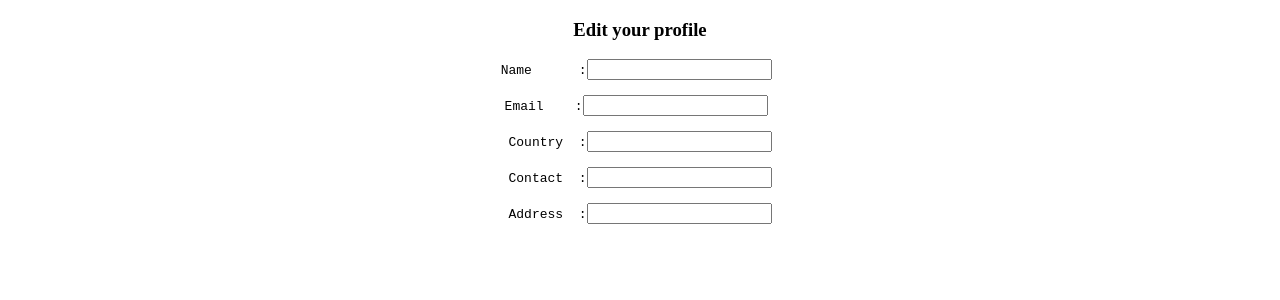
Repository: touhid-jisan/jsp-jdbc-servlet
Page: http://localhost/crud-full-practice/home
The author's editor kept a copy of each file at every save. The page is drawn from the files as they stood at one save, then again after the next save.
The browser window is 1280 px wide. The pictures show the whole page.
The page is served by Tomcat 9. Other server files are loaded and not shown.

Above is the page before, as saved 2019-12-26 10:22:14.

### crud-full-practice/WebContent/edit-view.jsp
<%@ page language="java" contentType="text/html; charset=ISO-8859-1"
    pageEncoding="ISO-8859-1"%>

    <%@ page import="com.iclique.crudfull.userDAO.* , com.iclique.crudfull.model.*, java.util.*"%>
    <%@ taglib uri="http://java.sun.com/jsp/jstl/core" prefix="c" %>
<!DOCTYPE html>
<html>
<head>
<meta charset="ISO-8859-1">
<title>Insert title here</title>

</head>

<body>
<center>
<h3>Edit your profile</h3>
<pre>
Name      :<input type="text" placeholder='${user.getName()}'> <br>
Email    :<input type="text" placeholder='${user.getEmail()}'> <br>
Country  :<input type="text" placeholder="${user.getCountry()}"><br>
Contact  :<input type="text" placeholder="${user.getContact()}"><br>
Address  :<input type="text" placeholder="${user.getAddress()}"><br>
</pre>
</center>
</body>
</html>

After the next save:
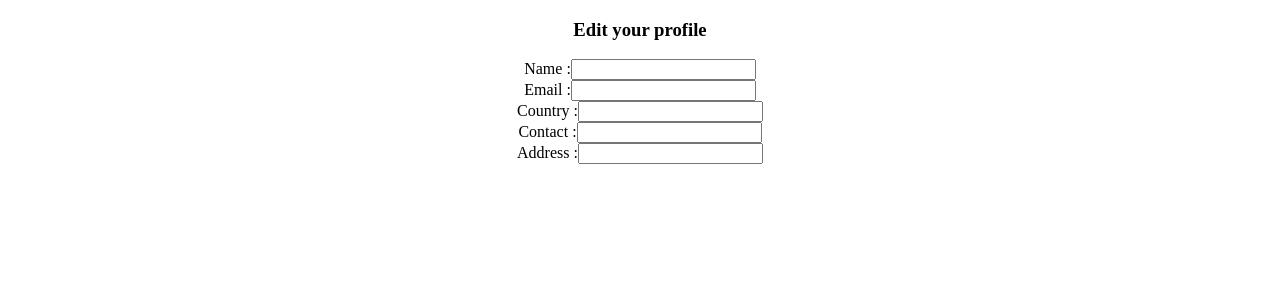
Saved 11 s later.
--- a/crud-full-practice/WebContent/edit-view.jsp
+++ b/crud-full-practice/WebContent/edit-view.jsp
@@ -14,13 +14,13 @@
 <body>
 <center>
 <h3>Edit your profile</h3>
-<pre>
+
 Name      :<input type="text" placeholder='${user.getName()}'> <br>
 Email    :<input type="text" placeholder='${user.getEmail()}'> <br>
 Country  :<input type="text" placeholder="${user.getCountry()}"><br>
 Contact  :<input type="text" placeholder="${user.getContact()}"><br>
 Address  :<input type="text" placeholder="${user.getAddress()}"><br>
-</pre>
+
 </center>
 </body>
 </html>
